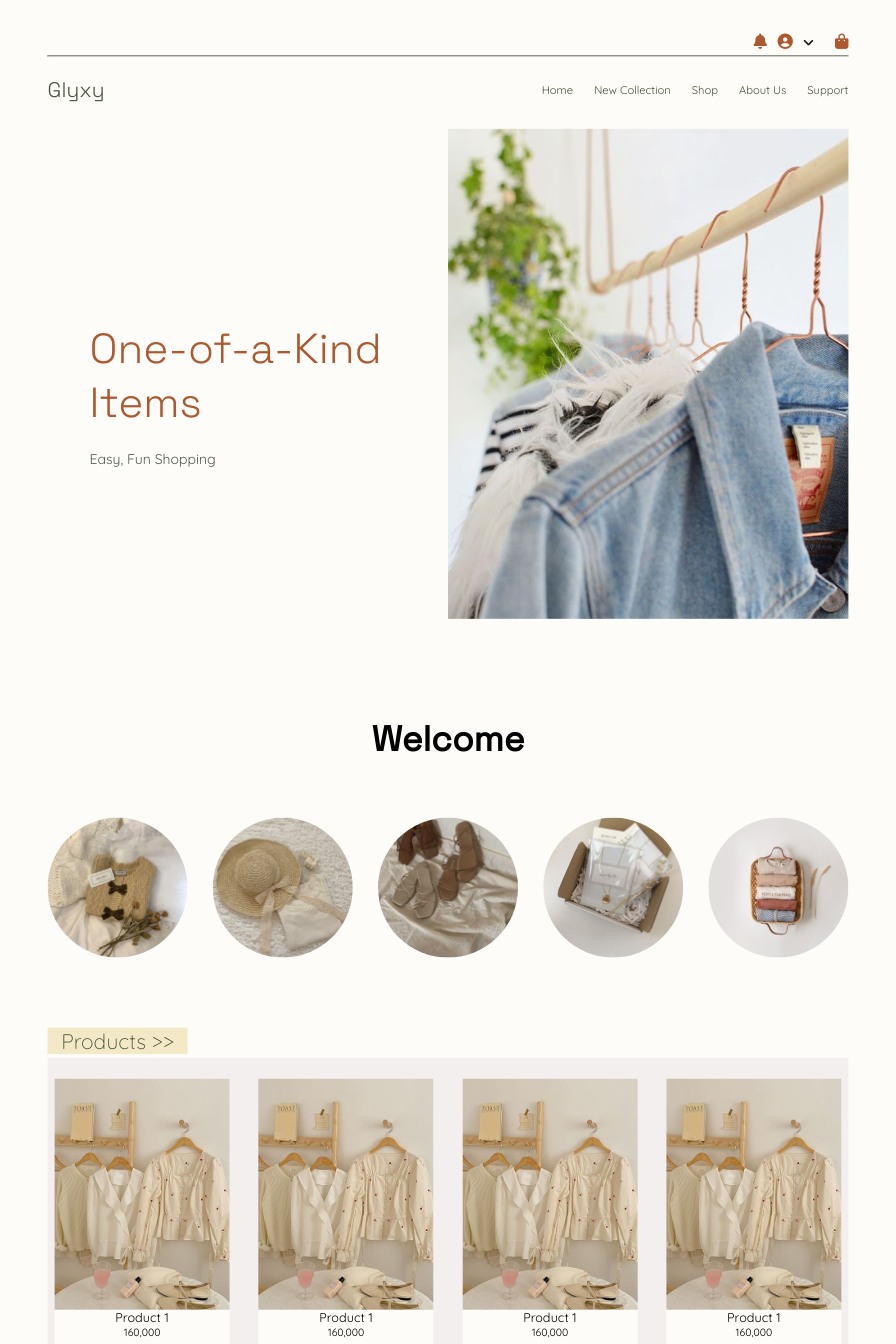
Repository: nganha241/store
Page: index.html
An editor plug-in stored every save of this project. The page is shown before and after the next save, followed by the edit.
The browser window is 1280 px wide. The pictures show the part of the page from y = 0 to 1920 px (the page is 3631 px tall before and 3615 px after), at 70% of full size.
Some web libraries are served in a nearby version.

Above is the page before, as saved 2022-04-16 20:47:29.

### index.html
<!DOCTYPE html>
<html lang="en">
  <head>
    <meta charset="UTF-8" />
    <meta http-equiv="X-UA-Compatible" content="IE=edge" />
    <meta name="viewport" content="width=device-width, initial-scale=1.0" />
    <title>Document</title>
    <link rel="stylesheet" href="style.css" />
  </head>
  <body>
    <div class="header">
      <div class="tools">
        <div class="notification">
          <i class="fa-solid fa-bell"></i>
        </div>
        <div class="account">
          <i class="fa-solid fa-circle-user"></i>
          <span><i class="fa-solid fa-angle-down"></i></span>
        </div>
        <div class="cart">
          <i class="fa-solid fa-bag-shopping"></i>
        </div>
      </div>
      <hr />
      <nav>
        <div class="logo"><a href="#">Glyxy</a></div>
        <ul class="menu">
          <li><a href="#">Home</a></li>
          <li><a href="#">New Collection</a></li>
          <li><a href="#">Shop</a></li>
          <li><a href="#">About Us</a></li>
          <li><a href="#">Support</a></li>
        </ul>
      </nav>
      <div class="banner">
        <div class="slogan">
          <h4>One-of-a-Kind Items</h4>
          <p>Easy, Fun Shopping</p>
        </div>
        <div class="img-banner">
          <img src="./img/banner.jpg" alt="" />
        </div>
      </div>
    </div>
    <div class="section">
      <div class="into-title">
        <h1>Welcome</h1>
      </div>
      <div class="intro">
        <div class="intro-card">
          <div class="intro-img">
            <img src="./img/intro/i1.jpg" alt="" />
          </div>
        </div>
        <div class="intro-card">
          <div class="intro-img">
            <img src="./img/intro/i2.jpg" alt="" />
          </div>
        </div>
        <div class="intro-card">
          <div class="intro-img">
            <img src="./img/intro/i3.jpg" alt="" />
          </div>
        </div>
        <div class="intro-card">
          <div class="intro-img">
            <img src="./img/intro/i4.jpg" alt="" />
          </div>
        </div>
        <div class="intro-card">
          <div class="intro-img">
            <img src="./img/intro/i5.jpg" alt="" />
          </div>
        </div>
      </div>
      <div class="pro-title">
        <h2><a href="#">Products >></a></h2>
      </div>
      <div class="products">
        <div class="card">
          <div class="pro-img">
            <img src="./img/products/p1.jpg" alt="" />
          </div>
          <div class="pro-name">Product 1</div>
          <div class="pro-price">160,000</div>
          <div class="add-cart">
            <button>Thêm vào giỏ hàng</button>
          </div>
        </div>
        <div class="card">
          <div class="pro-img">
            <img src="./img/products/p1.jpg" alt="" />
          </div>
          <div class="pro-name">Product 1</div>
          <div class="pro-price">160,000</div>
          <div class="add-cart">
            <button>Thêm vào giỏ hàng</button>
          </div>
        </div>
        <div class="card">
          <div class="pro-img">
            <img src="./img/products/p1.jpg" alt="" />
          </div>
          <div class="pro-name">Product 1</div>
          <div class="pro-price">160,000</div>
          <div class="add-cart">
            <button>Thêm vào giỏ hàng</button>
          </div>
        </div>
        <div class="card">
          <div class="pro-img">
            <img src="./img/products/p1.jpg" alt="" />
          </div>
          <div class="pro-name">Product 1</div>
          <div class="pro-price">160,000</div>
          <div class="add-cart">
            <button>Thêm vào giỏ hàng</button>
          </div>
        </div>
        <div class="card">
          <div class="pro-img">
            <img src="./img/products/p1.jpg" alt="" />
          </div>
          <div class="pro-name">Product 1</div>
          <div class="pro-price">160,000</div>
          <div class="add-cart">
            <button>Thêm vào giỏ hàng</button>
          </div>
        </div>
        <div class="card">
          <div class="pro-img">
            <img src="./img/products/p1.jpg" alt="" />
          </div>
          <div class="pro-name">Product 1</div>
          <div class="pro-price">160,000</div>
          <div class="add-cart">
            <button>Thêm vào giỏ hàng</button>
          </div>
        </div>
        <div class="card">
          <div class="pro-img">
            <img src="./img/products/p1.jpg" alt="" />
          </div>
          <div class="pro-name">Product 1</div>
          <div class="pro-price">160,000</div>
          <div class="add-cart">
            <button>Thêm vào giỏ hàng</button>
          </div>
        </div>
        <div class="card">
          <div class="pro-img">
            <img src="./img/products/p1.jpg" alt="" />
          </div>
          <div class="pro-name">Product 1</div>
          <div class="pro-price">160,000</div>
          <div class="add-cart">
            <button>Thêm vào giỏ hàng</button>
          </div>
        </div>
      </div>
      <div class="about-us">
        <div class="about-img">
          <img src="./img/about/about.png" alt="" />
        </div>
        <div class="about-text">
          <h5>The Best Shopping Experience</h5>
          <p>
            Glaxy is a trendsetting online store, offering our first-rate
            products and exceptional customer service to shoppers from the
            comfort of their own homes. We’re a business made up of innovators
            and forward-thinkers, with the drive and wherewithal to constantly
            update and improve the online shopping experience.
          </p>
          <p>
            Our online store has become synonymous with quality, and we ensure a
            continuous variety of fantastic merchandise that fit any budget.
            Check it out and start shopping today.
          </p>
        </div>
      </div>
    </div>
    <div class="footer"></div>

    <script
      src="https://kit.fontawesome.com/ae971d7ee0.js"
      crossorigin="anonymous"
    ></script>
    <script src="./main.js"></script>
  </body>
</html>

### style.css
@import url('https://fonts.googleapis.com/css2?family=Quicksand:wght@300;400;500;600;700&family=Space+Grotesk:wght@300;400&display=swap');

* {
    font-family: 'Quicksand', sans-serif;
    box-sizing: border-box;
}

body {
    background: #fdfcf9;
    position: relative;
    height: auto;
    /* padding: 0;
    margin: 0; */
}

a {
    text-decoration: none;
}

li {
    list-style: none;
}

.header {
    padding: 40px 60px;
}

.header .tools {
    display: flex;
    justify-content: flex-end;
    gap: 15px;
}

.header .tools .notification,
.header .tools .account,
.header .tools .cart {
    cursor: pointer;
}

.header .tools .fa-solid {
    font-size: 22px;
    color: #ae582d;
}

.header .tools .account span .fa-solid{
    font-size: 18px;
    color: #111;
    margin-left: 10px;
    margin-right: 15px;
}

.header .tools .account:hover .fa-solid{
    color: #ae582d;
}

.header hr {
    background: #48503c;
}

.header nav {
    display: flex;
    width: 100%;
}

.header nav .logo {
    width: 50%;
    padding-top: 20px;
}

.header nav .logo a{
    font-family: 'Space Grotesk', sans-serif;
    font-size: 30px;
    color: #48503c;
    font-weight: 100;

}

.header nav .logo a:hover {
    color: #111;
}

.header nav .menu {
    display: flex;
    gap: 15px;
    padding-top: 7px;
    justify-content: flex-end;
    width: 50%;
}

.header nav .menu li {
    float: left;
}

.header nav .menu li a {
    display: block;
    padding: 6px 0px 0px 15px;
    color: #48503c;
}

.header nav .menu li:hover a {
    color: #111;
}

.header .banner {
    width: 100%;
    height: 700px;
    display: flex;
    align-items: center;
    margin-top: 30px;
    position: relative;
}

.header .banner .slogan {
    width: 50%;
    padding-left: 60px;
    padding-right: 20px;
}

.header .banner .slogan h4 {
    color: #ae582d;
    font-family: 'Space Grotesk', sans-serif;
    font-size: 60px;
    font-weight: 200;
}

.header .banner .slogan p {
    font-size: 20px;
    color: #515a54;
    margin-top: -50px;
}

.header .banner .img-banner{
    width: 50%;
    height: 100%;
}

.header .banner .img-banner img {
    width: 100%;
    height: 100%;
    object-fit: cover;
}

.section {
    height: auto;
    margin-top: 100px;
    padding: 0 60px;
}

.section .into-title {
    margin-top: 100px;
    text-align: center;
}

.section .into-title h1 {
    font-family: 'Space Grotesk', sans-serif;
    font-size: 50px;
}

.section .intro {
    display: flex;
    flex-wrap: wrap;
    justify-content: space-between;
    margin-bottom: 100px;
    margin-top: 80px;
    gap: 10px;
}

.section .intro .intro-card .intro-img {
    width: 200px;
    height: 200px;
}

.section .intro .intro-card .intro-img img {
    width: 100%;
    height: 100%;
    border-radius: 50%;
}

.section .pro-title{
    height: auto;
    width: 200px;
    background: #f4e9c7;
    text-align: center;
    margin-bottom: -15px;
}

.section .pro-title h2 a{
    font-size: 30px;
    color: #48503c;
    font-weight: 200;
}

.section .products {
    display: flex;
    flex-wrap: wrap;
    justify-content: space-between;
    row-gap: 30px;
    padding: 30px 10px;
    background: rgb(244, 239, 239);
}

.section .products .card {
    width: 250px;
    height: 400px;
    background: #fdfcf9;
    text-align: center;
    cursor: pointer;
    transition: 0.4s;
    position: relative;
}

.section .products .card:hover {
    transform: scale(1.1 , 1.1);
    background: rgba(255, 255, 255, 0.4);

}

.section .products .card .pro-img {
    height: 330px;
}

.section .products .card .pro-img img{
    width: 100%;
    height: 100%;
    object-fit: cover;
}

.section .products .card .pro-name {
    font-size: 18px;
}

.section .products .card .pro-price {
    font-size: 15px;
}

.section .products .card .add-cart {
    margin-top: -220px;

}

.section .products .card .add-cart button{
    opacity: 0;
    height: 40px;
    background: #ae582d;
    border: 0;
    cursor: pointer;
    transition: 0.4s;
    color: #fff;
}

.section .products .card:hover .add-cart button {
    transition: 0.4s;
    opacity: 1;
}

.section .products .card .add-cart button:hover {
    transform: scale(1.1);
}

.about-us {
    margin-top: 100px;
}

.about-img {
    height: 400px;
}

.about-img img{
    width: 100%;
    height: 100%;
    object-fit: cover;
}

.about-us .about-text {
    padding: 40px 140px;
    text-align: center;
    color: #515a54;
}

.about-us .about-text h5 {
    font-size: 20px;
    font-weight: 500;
}

.about-us .about-text p {
    line-height: 1.6;
    font-size: 15px;
}

.footer {
    width: auto;
    height: 400px;
    background: rgb(244, 239, 239)
}

### main.js
const banners = document.querySelectorAll(".img-banner .image img");
const slider = document.querySelector(".slider img");

let countIndex = 0;
let currentIndex;

// setInterval(
//   banners.forEach((banner, index) => {
//     currentIndex = countIndex;
//     countIndex = index;
//     console.log(currentIndex);
//     console.log(countIndex);
//     slider.src = banner.src;
//   }),
//   1000
// );

banners.forEach((banner) => {
  currentIndex = countIndex;
  countIndex++;
  console.log(currentIndex);
  console.log(countIndex);
  slider.src = banner.src;
});

After the next save:
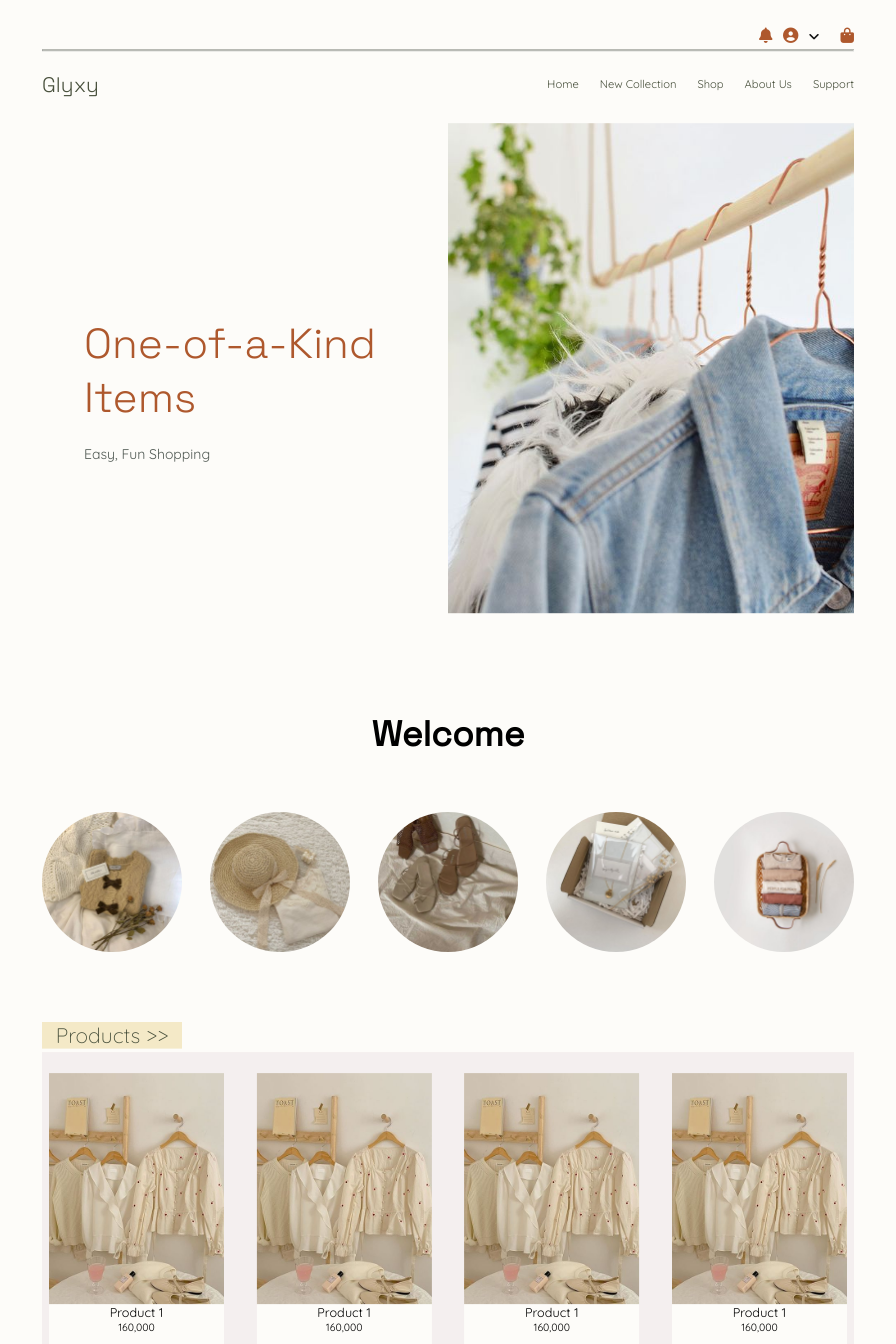
Saved 4 s later.
--- a/style.css
+++ b/style.css
@@ -9,8 +9,8 @@ body {
     background: #fdfcf9;
     position: relative;
     height: auto;
-    /* padding: 0;
-    margin: 0; */
+    padding: 0;
+    margin: 0;
 }
 
 a {
